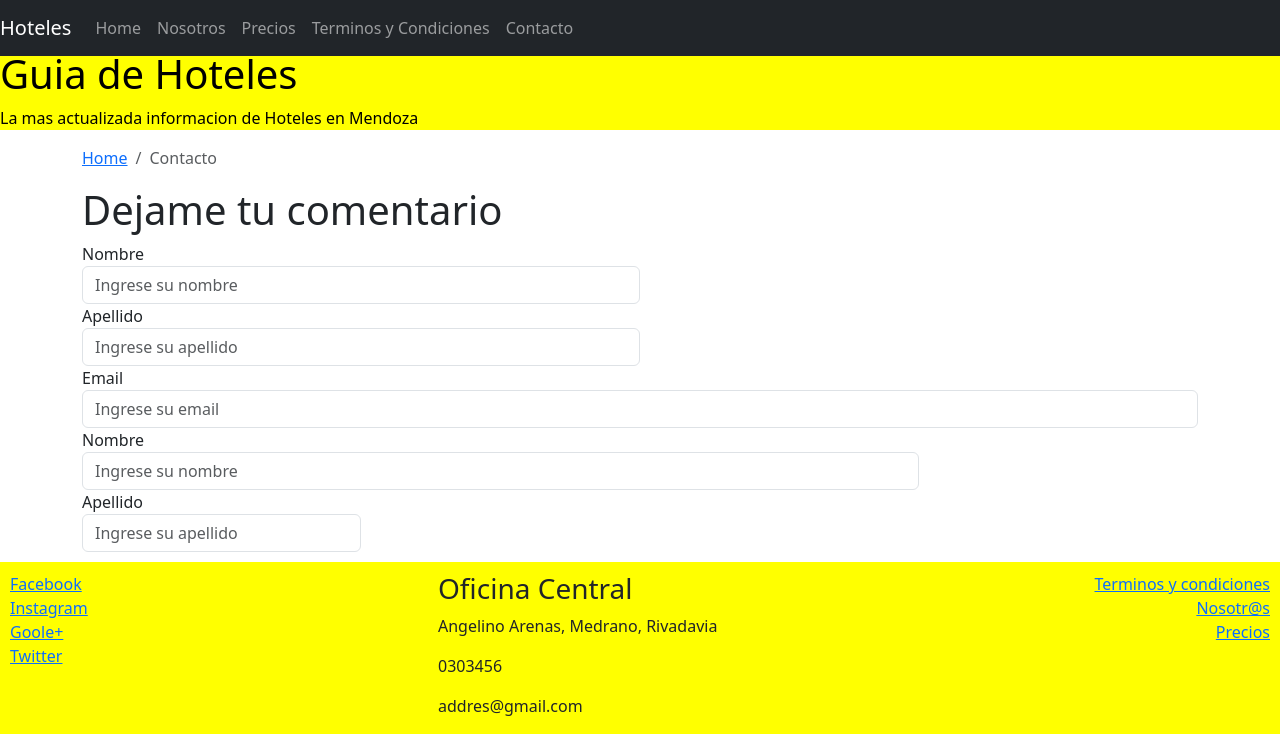
Repository: JulianMoralesSantoni/PaginaHoteles
Page: contacto.html
The author's editor kept a copy of each file at every save. The page is drawn from the files as they stood at one save, then again after the next save.
The browser window is 1280 px wide. The page is 1282 px wide, so the pictures cover 1282 px, including what lies to the right of the window. The pictures show the whole page.
Some web libraries are served in a nearby version.

Above is the page before, as saved 2021-03-28 20:54:10.

### contacto.html
<!doctype html>
<html lang="en">
  <head>
    <!-- Required meta tags -->
    <meta charset="utf-8">
    <meta name="viewport" content="width=device-width, initial-scale=1, shrink-to-fit=no">

    <!-- Bootstrap CSS -->
    <link rel="stylesheet" href="node_modules/bootstrap/dist/css/bootstrap.min.css" >
    <link rel="stylesheet" href="css/main.css" >

    <title>Guia de Hoteles</title>
  </head>
  <body>
    <nav class="navbar navbar-expand-md navbar-dark bg-dark fixed-top" >
      <a class="navbar-brand" href="#">Hoteles</a>
      <button class="navbar-toggler" type="button" data-toggle="collapse" data-target="#navbarNav" aria-controls="navbarNav" aria-expanded="false" aria-label="Toggle navigation">
        <span class="navbar-toggler-icon"></span>
      </button>
      <div class="collapse navbar-collapse" id="navbarNav">
        <ul class="navbar-nav">
          <li class="nav-item">
            <a class="nav-link" href="./index.html">Home </a>
          </li>
          <li class="nav-item">
            <a class="nav-link" href="./about.html">Nosotros</a>
          </li>
          <li class="nav-item">
            <a class="nav-link" href="#">Precios</a>
          </li>
          <li class="nav-item">
            <a class="nav-link" href="#">Terminos y Condiciones</a>
          </li>
          <li class="nav-item active">
            <a class="nav-link" href="./contacto.html">Contacto</a>
          </li>

        </ul>
      </div>
    </nav>
    <div class="jumbotron">
      <h1>Guia de Hoteles</h1>

      <p>La mas actualizada informacion de Hoteles en Mendoza</p>
    </div>

    <div class="container">
      <nav aria-label="breadcrumb">
        <ol class="breadcrumb">
          <li class="breadcrumb-item"><a href="./index.html">Home</a></li>
          <li class="breadcrumb-item active" aria-current="page">Contacto</li>
        </ol>
      </nav>
      <h1>Dejame tu comentario</h1>
      <form>
        <div class="form-row">
          <div class="form-group col-sm-6">
            <label for="nombre">Nombre</label>
            <input type="text" class="form-control" id="nombre" placeholder="Ingrese su nombre">

          </div>
          <div class="form-group col-sm-6">
            <label for="apellido">Apellido</label>
            <input type="text" class="form-control" id="apellido" placeholder="Ingrese su apellido">
          </div>
        </div>
        <div class="form-group">
          <label for="email">Email</label>
            <input type="email" class="form-control" id="email" placeholder="Ingrese su email">

        </div>
        <div class="form-row">
          <div class="form-group col-sm-9">
            <label for="nombre">Nombre</label>
            <input type="text" class="form-control" id="nombre" placeholder="Ingrese su nombre">

          </div>
          <div class="form-group col-sm-3">
            <label for="apellido">Apellido</label>
            <input type="text" class="form-control" id="apellido" placeholder="Ingrese su apellido">
          </div>


        </div>

      </form>

  </div>

 <footer>
   <div class="row">
     <div class="col-sm-4 d-flex flex-column ">
      <a href="http:www.facebook.com">Facebook</a>
      <a href="http:www.instagram">Instagram</a>
      <a href="http:www.google.com">Goole+</a>
      <a href="http:www.Twitter.com">Twitter</a>
     </div>
   <div class="col-sm-4">
    <address>
      <h3>Oficina Central</h3>
      <p>Angelino Arenas, Medrano, Rivadavia</p>
      <p>0303456</p>
      <p>addres@gmail.com</p>


    </address>
  </div>
  <div class="col-sm-4 d-flex flex-column align-items-end">
     <a href="http:www.facebook.com">Terminos y condiciones</a>
      <a href="http:www.instagram">Nosotr@s</a>
      <a href="http:www.google.com">Precios</a>



  </div>


 </footer>


    <!-- Optional JavaScript -->
    <!-- jQuery first, then Popper.js, then Bootstrap JS -->
 <!--<script src="node_modules/jquery/dist/jquery.min.js" integrity="sha384-DfXdz2htPH0lsSSs5nCTpuj/zy4C+OGpamoFVy38MVBnE+IbbVYUew+OrCXaRkfj" crossorigin="anonymous"></script>
    <script src="node_modules/popper.js/dist/popper.min.js" integrity="sha384-9/reFTGAW83EW2RDu2S0VKaIzap3H66lZH81PoYlFhbGU+6BZp6G7niu735Sk7lN" crossorigin="anonymous"></script>
    <script src="node_modules/bootstrap/dist/js/bootstrap.min.js" integrity="sha384-B4gt1jrGC7Jh4AgTPSdUtOBvfO8shuf57BaghqFfPlYxofvL8/KUEfYiJOMMV+rV" crossorigin="anonymous"></script> -->
    <script src="https://code.jquery.com/jquery-3.5.1.slim.min.js" integrity="sha384-DfXdz2htPH0lsSSs5nCTpuj/zy4C+OGpamoFVy38MVBnE+IbbVYUew+OrCXaRkfj" crossorigin="anonymous"></script>
<script src="https://cdn.jsdelivr.net/npm/bootstrap@4.5.3/dist/js/bootstrap.bundle.min.js" integrity="sha384-ho+j7jyWK8fNQe+A12Hb8AhRq26LrZ/JpcUGGOn+Y7RsweNrtN/tE3MoK7ZeZDyx" crossorigin="anonymous"></script>
  </body>
</html>

### css/main.css
.jumbotron{

	background-color: yellow;
	color:black;
	margin-top: 50px;

}


footer{
	padding: 10px 10px 0 10px;
	background-color: yellow;

	margin-bottom: : 0px;
	margin-top: 10px;

}
.card-hotel{
	flex: 1 150px;
	padding: 2px 5px 2px 5px;

}
.btn-reserva{
	width: 100%;
	position: all;


}
.footer-address-icon{

	padding-right: 20px;
}

After the next save:
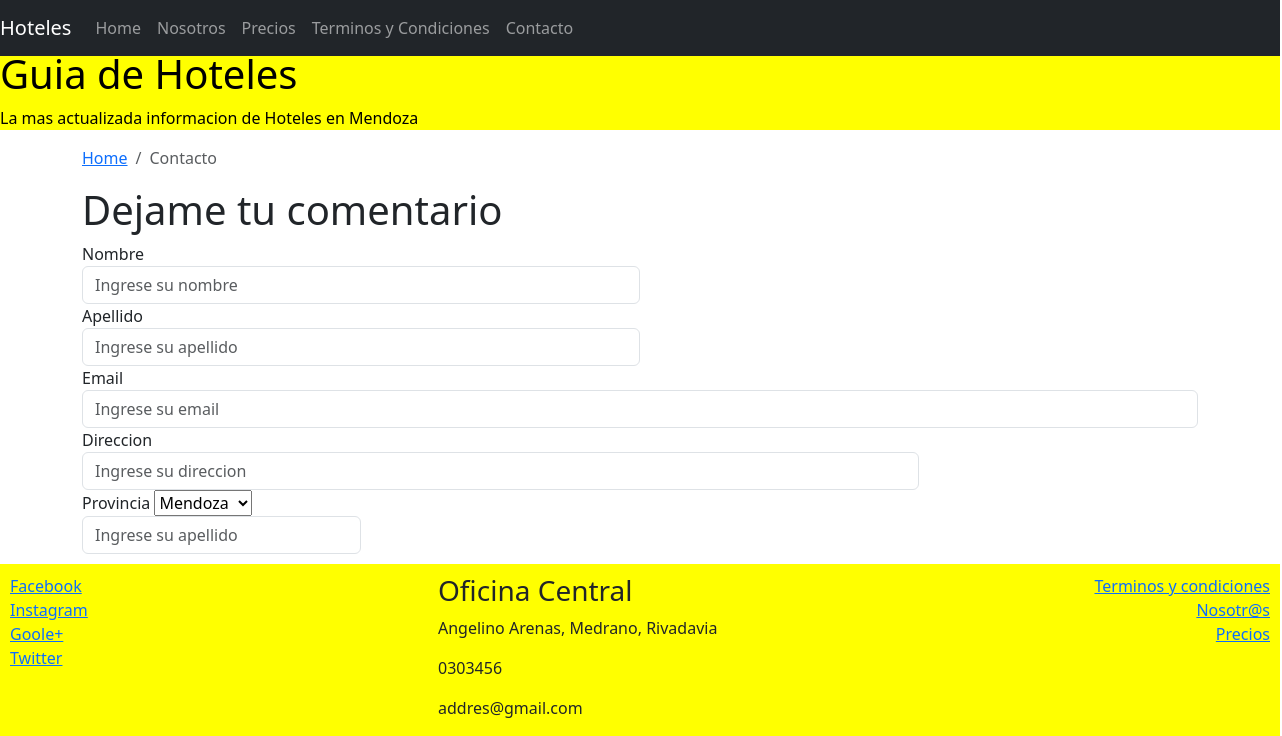
Saved 50 min 41 s later.
--- a/contacto.html
+++ b/contacto.html
@@ -71,12 +71,25 @@
         </div>
         <div class="form-row">
           <div class="form-group col-sm-9">
-            <label for="nombre">Nombre</label>
-            <input type="text" class="form-control" id="nombre" placeholder="Ingrese su nombre">
+            <label for="direccion">Direccion</label>
+            <input type="text" class="form-control" id="direccion" placeholder="Ingrese su direccion">
 
           </div>
           <div class="form-group col-sm-3">
-            <label for="apellido">Apellido</label>
+            <label for="provincia">Provincia</label>
+            <select id="provincia">
+
+              <option selected> Mendoza</option>
+              <option > San Juan</option>
+              <option > San Luis</option>
+              <option > Cordoba</option>
+              <option > Entre Rios</option>
+
+
+
+            </select>
+
+
             <input type="text" class="form-control" id="apellido" placeholder="Ingrese su apellido">
           </div>
 
